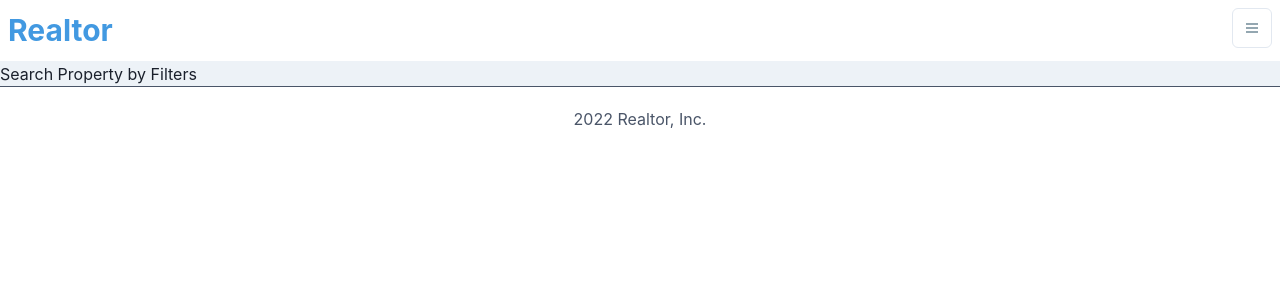
Repository: programmingwithlevi/realtor
Page: /search
The author's editor kept a copy of each file at every save. The page is drawn from the files as they stood at one save, then again after the next save.
The browser window is 1280 px wide. The pictures show the whole page.
The project was rebuilt for these pictures with package versions that can differ from the ones it lists, and the page was loaded fresh each time. The framework's server and built-in components were replaced by stand-ins that run in the browser. Also part of the build but not shown: next.config.js.

Above is the page before, as saved 2022-11-30 12:57:31.

### pages/_app.js
import Router from 'next/router';
import Head from 'next/head';
import '../styles/globals.css'
import { ChakraProvider } from '@chakra-ui/react';
import Layout from "../components/Layout";

function MyApp({ Component, pageProps }) {
  return (
    <>
      <Head>

      </Head>
      <ChakraProvider>
        <Layout>
          <Component {...pageProps} />
        </Layout>
      </ChakraProvider>
    </>
    )
}

export default MyApp

### pages/search.js
import { useState } from "react";
import { useRouter } from "next/router";
import Image from "next/image";
import { Flex, Box, Text, Icon } from '@chakra-ui/react';
import { BsFilter } from 'react-icons/bs';

const Search = () => {
    const [searchFilters, setSearchFilters] = useState(false);
    const router = useRouter();

    return (
        <Box>
            <Flex
                cursor="pointer"
                bg="gray.100"
                >
            <Text>
                Search Property by Filters
            </Text>

            </Flex>
        </Box>
    )

}
export default Search;

### components/Layout.jsx
import Head from 'next/head';
import {Box} from '@chakra-ui/react'

import Navbar from './Navbar.jsx';
import Footer from './Footer.jsx';


const Layout = ({ children }) => (
    <>
    <Head>
        <title>Real Estate</title>
    </Head>
    <Box maxWidth="1280px" m="auto">
        <header>
            <Navbar />
        </header>
        <main>
            {children}
        </main>
        <footer>
            <Footer />
        </footer>
    </Box>
    </>
);

export default Layout;

### components/Navbar.jsx
import  Link  from "next/link";
import {
  Menu,
  MenuItem,
  MenuButton,
  MenuList,
  IconButton,
  Flex,
  Box,
  Spacer,
} from "@chakra-ui/react";
import { FcMenu, FcHome, FcAbout } from 'react-icons/fc';
import { BsSearch } from "react-icons/bs";
import { FiKey } from "react-icons/fi";

const Navbar = () => (
    <Flex p='2' borderBottom='1px' borderColor='gray.100'>
      <Box fontSize='3xl' color='blue.400' fontWeight='bold'>
        <Link href='/' paddingLeft='2'>Realtor</Link>
      </Box>
      <Spacer />
      <Box>
        <Menu>
          <MenuButton as={IconButton} icon={<FcMenu />} variant='outline' color='red.400' />
          <MenuList>
            <Link href='/' passHref>
              <MenuItem icon={<FcHome />}>Home</MenuItem>
            </Link>
            <Link href='/search' passHref>
              <MenuItem icon={<BsSearch />}>Search</MenuItem>
            </Link>
            <Link href='/search?purpose=for-sale' passHref>
              <MenuItem icon={<FcAbout />}>Buy Property</MenuItem>
            </Link>
            <Link href='/search?purpose=for-rent' passHref>
              <MenuItem icon={<FiKey />}>Rent Property</MenuItem>
            </Link>
          </MenuList>
        </Menu>
      </Box>
    </Flex>
  );
export default Navbar;

### components/Footer.jsx
import {Box} from '@chakra-ui/react';

const Footer = () => (
    <Box textAlign="center" p="5" color="gray.600" borderTop="1px" borderColor="grey.100">
        2022 Realtor, Inc.
    </Box>
)
export default Footer;

Loaded but not shown: styles/globals.css (common file)

After the next save:
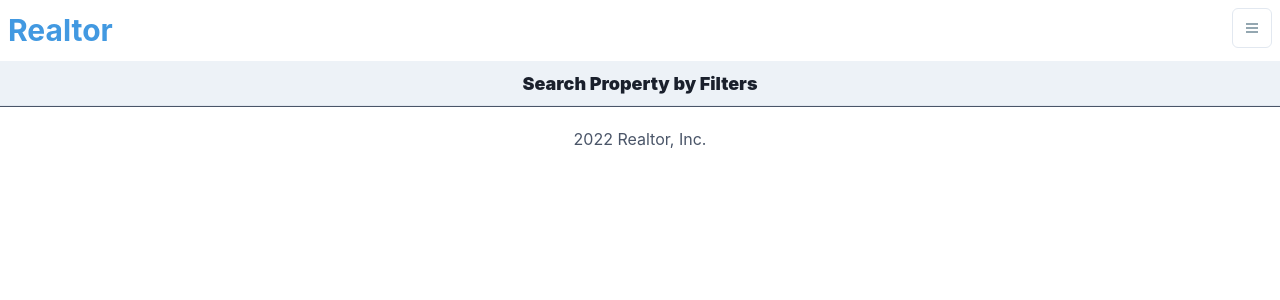
Saved 3 min 7 s later.
--- a/pages/search.js
+++ b/pages/search.js
@@ -13,6 +13,12 @@ const Search = () => {
             <Flex
                 cursor="pointer"
                 bg="gray.100"
+                borderBottom="1px"
+                borderColor="gray.200"
+                p="2"
+                fontWeight="black"
+                fontSize="lg"
+                justifyContent="center"
                 >
             <Text>
                 Search Property by Filters
